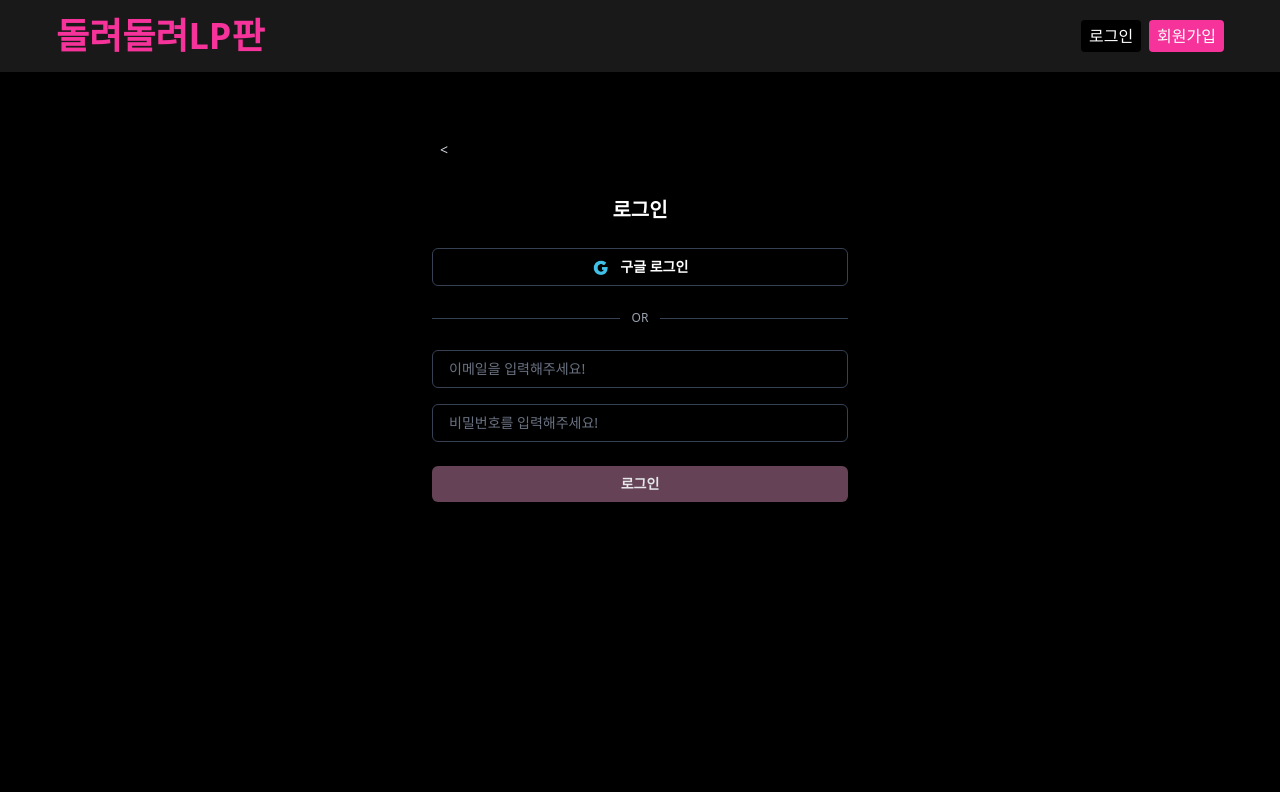
Repository: DSWU-UMC-9th/UMC-9th-Yeon
Page: /login (app in week4/)
An editor plug-in stored every save of this project. The page is shown before and after the next save, followed by the edit.
The browser window is 1280 px wide. The pictures show the whole page.
The project was rebuilt for these pictures with package versions that can differ from the ones it lists, and the page was loaded fresh each time. Also part of the build but not shown: week4/vite.config.ts, week4/src/api/tmdb.ts, week4/src/components/MovieCard.tsx, week4/src/components/Spinner.tsx, week4/src/components/Pager.tsx, week4/src/hooks/useMovies.ts, week4/src/pages/Home.tsx, week4/src/pages/Popular.tsx and 4 more.

Above is the page before, as saved 2025-11-04 20:44:01.

After the next save:
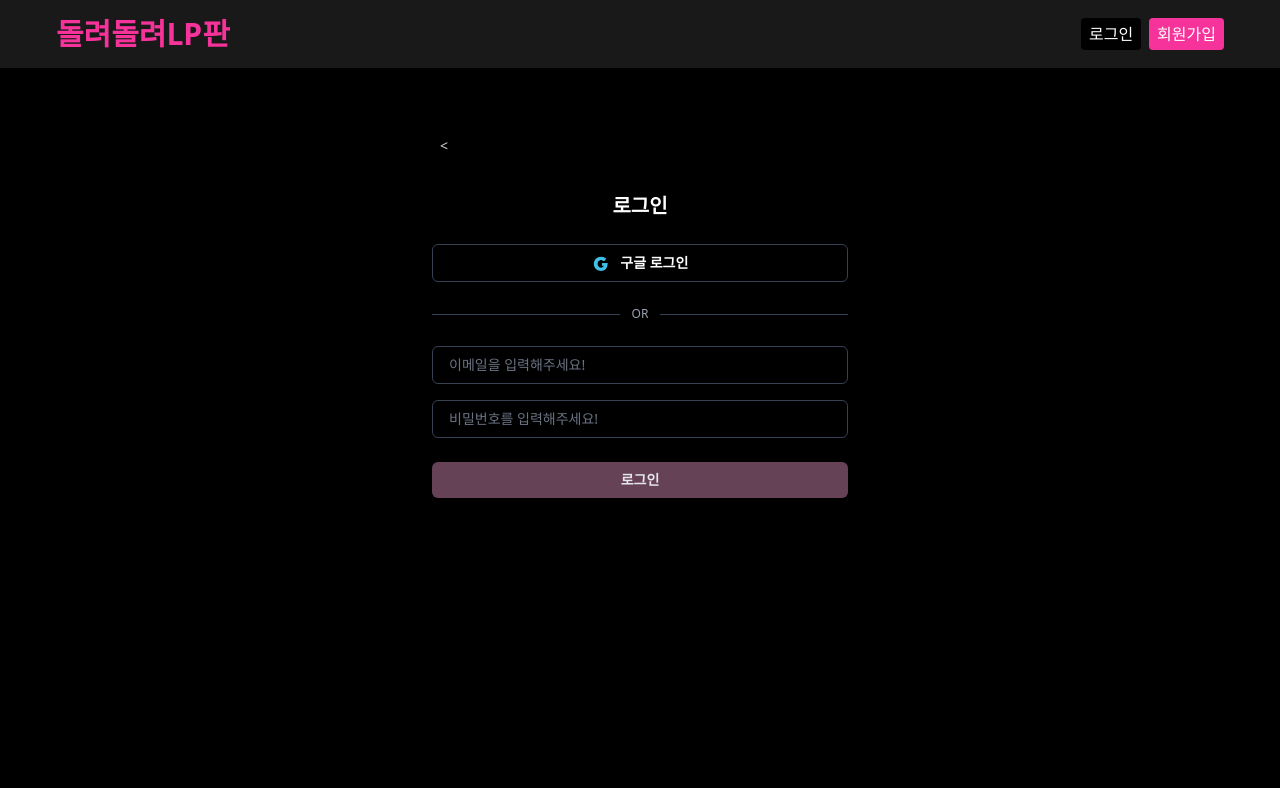
Saved 5 s later.
--- a/week4/src/components/Navbar.tsx
+++ b/week4/src/components/Navbar.tsx
@@ -16,7 +16,7 @@ export default function Navbar() {
   if (isAuthPage) {
     return (
       <nav className="w-full flex items-center justify-between">
-        <div className="text-pink-500 text-4xl font-bold">돌려돌려LP판</div>
+        <div className="text-pink-500 text-3xl font-bold">돌려돌려LP판</div>
         <div className="flex gap-2">
           <NavLink to="/login" className="bg-black text-white px-2 py-1 rounded">
             로그인
